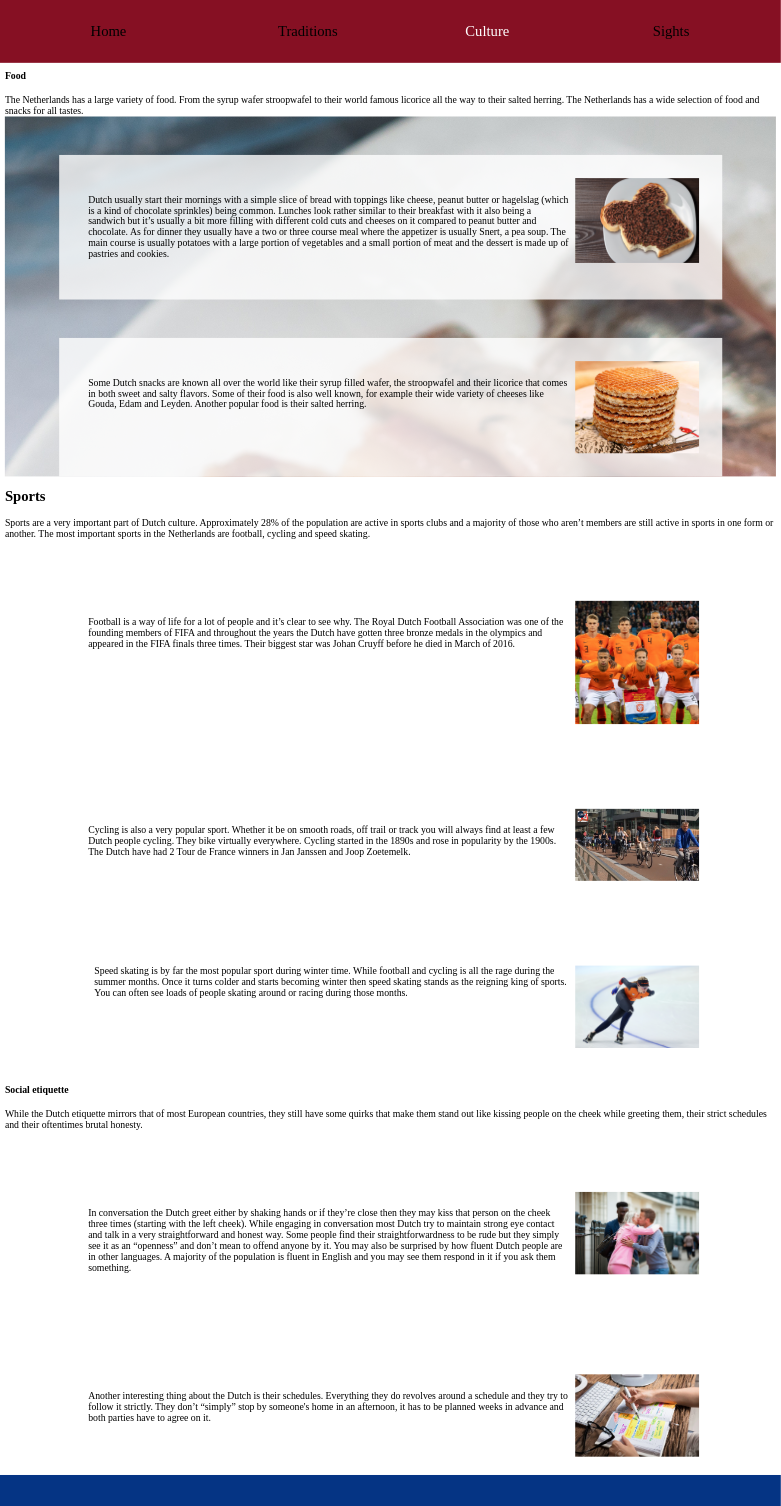
Repository: Cornman63/The-netherlands
Page: html/culture.html
An editor plug-in stored every save of this project. The page is shown before and after the next save, followed by the edit.
The browser window is 1280 px wide. The pictures show the whole page, at 61% of full size.

Above is the page before, as saved 2023-05-28 12:44:30.

### html/culture.html
<!DOCTYPE html>
<html lang="en">
<head>
    <meta charset="UTF-8">
    <meta http-equiv="X-UA-Compatible" content="IE=edge">
    <meta name="viewport" content="width=device-width, initial-scale=1.0">
    <title>Culture</title>
    <link rel="stylesheet" href="../CSS\style2.css">
</head>
<body>
<header>
    <div class="top">
        <div class="site"><a href="index.html" class="link">Home</a></div>
        <div class="site"><a href="traditions.html" class="link">Traditions</a></div>
        <div class="site"><a href="culture.html" style="color: white" class="link">Culture</a></div>
        <div class="site"><a href="sights.html" class="link">Sights</a></div>
    </div>
</header>

    <div class="text">
        <h4 id="foodh">Food</h4>
        <div class="food">
            <div class="stroopwafel">The Netherlands has a large variety of food. From the syrup wafer stroopwafel to their world famous licorice all the way to their salted herring. The Netherlands has a wide selection of food and snacks for all tastes. </div>
            <div>
        </div>
        <div class="foodmain">
        <div class="item">
            <p class="par">Dutch usually start their mornings with a simple slice of bread with toppings like cheese, peanut butter or hagelslag (which is a kind of chocolate sprinkles) being common. Lunches look rather similar to their breakfast with it also being a sandwich but it’s usually a bit more filling with different cold cuts and cheeses on it compared to peanut butter and chocolate. As for dinner they usually have a two or three course meal where the appetizer is usually Snert, a pea soup. The main course is usually potatoes with a large portion of vegetables and a small portion of meat and the dessert is made up of pastries and cookies. </p>
            <img src="../images\hagelslag.jpg" alt="hagelslag" class="img">
        </div>
        <div class="item">
            <p class="par">Some Dutch snacks are known all over the world like their syrup filled wafer, the stroopwafel and their licorice that comes in both sweet and salty flavors. Some of their food is also well known, for example their wide variety of cheeses like Gouda, Edam and Leyden. Another popular food is their salted herring.</p>
            <img src="../images/stroopwafel.jpg" alt="stroopwafel" class="img">
        </div>
        </div>

        <div class="sportstart">
            <h2>Sports</h2>
            <p>Sports are a very important part of Dutch culture. Approximately 28% of the population are active in sports clubs and a majority of those who aren’t members are still active in sports in one form or another. The most important sports in the Netherlands are football, cycling and speed skating. </p>
        </div>
        <div class="sportmain">
            <div class="item">
            <p class="par">Football is a way of life for a lot of people and it’s clear to see why. The Royal Dutch Football Association was one of the founding members of FIFA and throughout the years the Dutch have gotten three bronze medals in the olympics and appeared in the FIFA finals three times. Their biggest star was Johan Cruyff before he died in March of 2016. </p>
            <img src="../images/football.jpg" alt="dutch football" class="img">
            </div>
            <div class="item">
                <p class="par">Cycling is also a very popular sport. Whether it be on smooth roads, off trail or track you will always find at least a few Dutch people cycling. They bike virtually everywhere. Cycling started in the 1890s and rose in popularity by the 1900s. The Dutch have had 2 Tour de France winners in Jan Janssen and Joop Zoetemelk.</p>
                <img src="../images/cycling.jpg" alt="cycling" class="img">
            </div>
            <div class="item">
                <p class="par"></p>Speed skating is by far the most popular sport during winter time. While football and cycling is all the rage during the summer months. Once it turns colder and starts becoming winter then speed skating stands as the reigning king of sports. You can often see loads of people skating around or racing during those months.</p>
                <img src="../images/skating.jpg" alt="skating" class="img">
            </div>
        </div>
        <div class="soceqstart">
            <h4>Social etiquette</h4>
            <p>While the Dutch etiquette mirrors that of most European countries, they still have some quirks that make them stand out like kissing people on the cheek while greeting them, their strict schedules and their oftentimes brutal honesty.</p>
        </div>
        <div class="soceqmain">
            <div class="item">
                <p class="par">In conversation the Dutch greet either by shaking hands or if they’re close then they may kiss that person on the cheek three times (starting with the left cheek). While engaging in conversation most Dutch try to maintain strong eye contact and talk in a very straightforward and honest way. Some people find their straightforwardness to be rude but they simply see it as an “openness” and don’t mean to offend anyone by it. You may also be surprised by how fluent Dutch people are in other languages. A majority of the population is fluent in English and you may see them respond in it if you ask them something.</p>
                <img src="../images/kiss.jpeg" alt="dutch kiss" class="img">
            </div>
            <div class="item">
                <p class="par">Another interesting thing about the Dutch is their schedules. Everything they do revolves around a schedule and they try to follow it strictly. They don’t “simply” stop by someone's home in an afternoon, it has to be planned weeks in advance and both parties have to agree on it.                </p>
                <img src="../images/schedule.webp" alt="schedule" class="img">
            </div>
        </div>
    </div>

<footer>
    <div class="bottom">

    </div>
</footer>

</body>
</html>

### CSS/style2.css
header{
    background-color: #861023;
    margin: -8px;
    padding: -8px;
}

footer{
    background-color: #053484;
    margin: -8px;
    padding: -8px;
}

.top, .bottom {
    display: flex;
    flex-direction: row;
    justify-content: center;
    align-content: center;
    margin: auto;
    padding: 2%;
    font-size: 150%;
}
.site {
    display: flex;
    border: 1%;
    margin: 1%;
    margin-left: 10%;
    align-content: center;
    width: 90%;
}

.link{
    text-decoration: none;
}
.link:link {
    color:black;
}
.link:visited {
    color:black;
}
.link:hover {
    color:white;
}
.foodmain {
    display: flex;
    flex-direction: column;
    background-image: url(../images/herring.jpg);
    border: 5%;
}
.food {
    margin: auto;
}
.item{
    max-width: 80%;
    margin: auto;
    display: flex;
    flex-direction: row;
    padding: 3%;
    background-color: rgba(255,255,255,0.8);
    border:5%;
    margin-top: 5%;
}
.img {
    width: 20%;
    height: 20%;
    display: flex;
    flex-direction: row;
}
.par {
    padding: 1%;
}

After the next save:
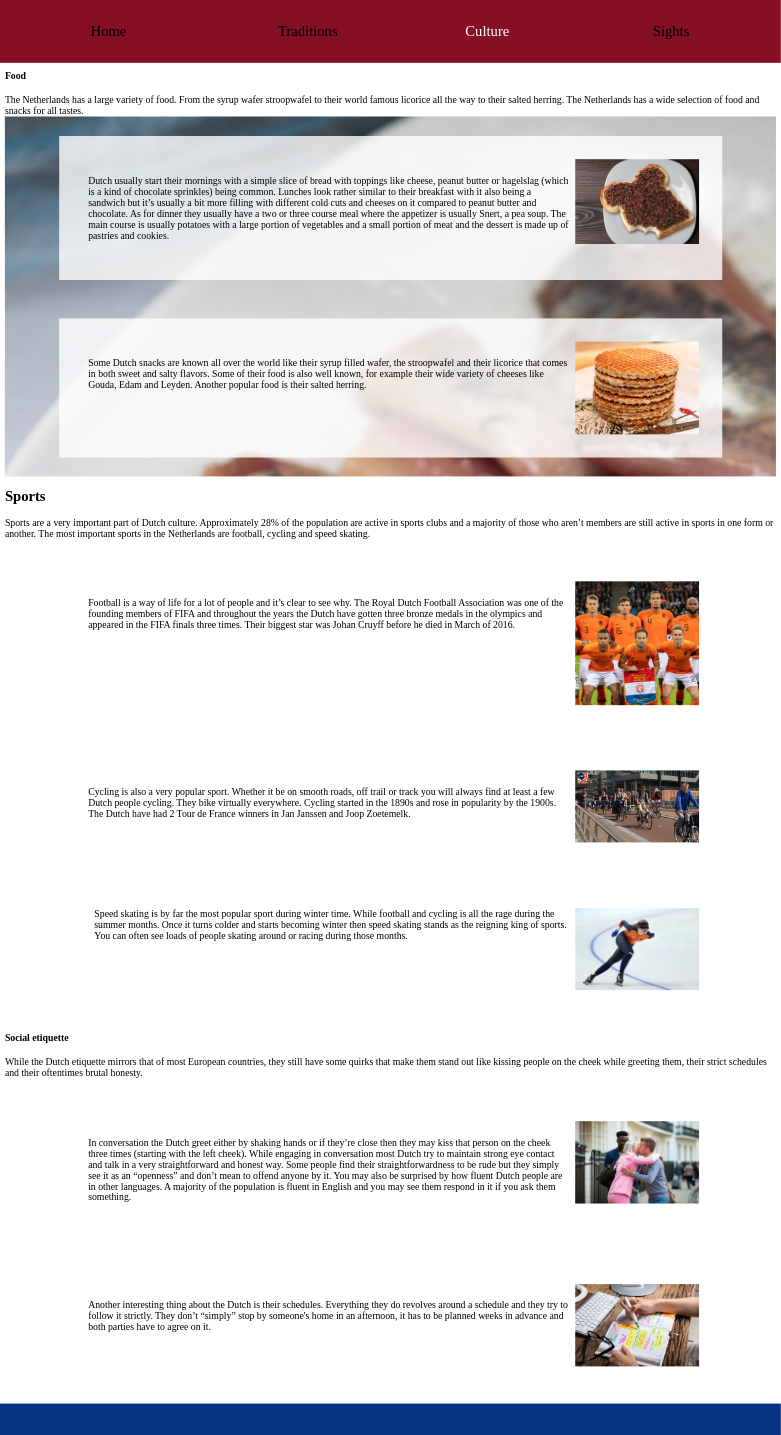
Saved 17 s later.
--- a/CSS/style2.css
+++ b/CSS/style2.css
@@ -57,7 +57,8 @@ footer{
     padding: 3%;
     background-color: rgba(255,255,255,0.8);
     border:5%;
-    margin-top: 5%;
+    margin-top: 2.5%;
+    margin-bottom: 2.5%;
 }
 .img {
     width: 20%;
